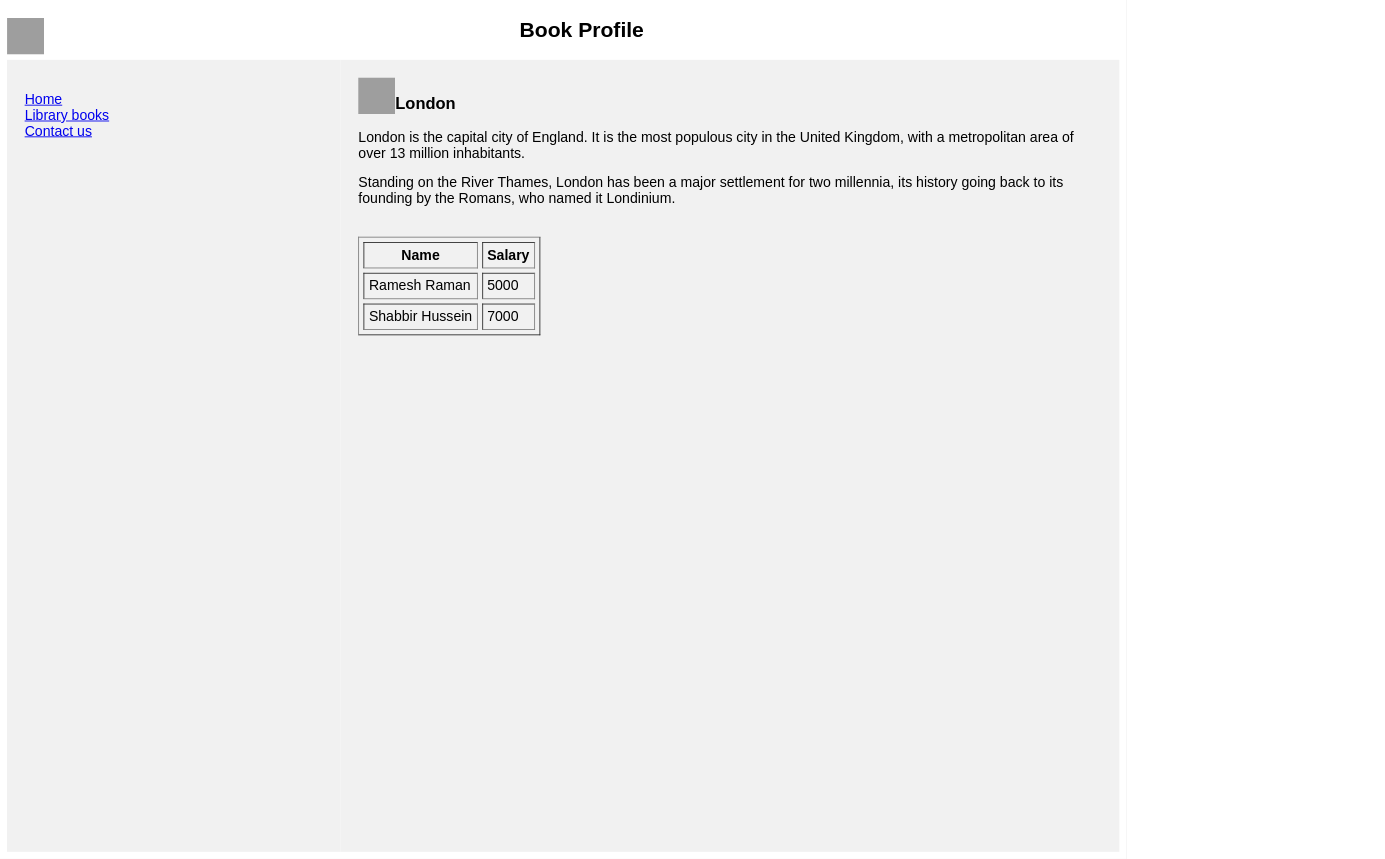
Repository: sandunigayanjali/Library_System
Page: http://localhost/library_management/bookProfille.jsp
These files come from the project's save history. The page is drawn as it stood at one moment and after the next save; the edit follows.
The browser window is 1280 px wide. The page is 1280 px wide, then 1574 px, so the pictures cover 1574 px, including what lies to the right of the window. The pictures show the whole page, at 88% of full size.
Pictures or frames that could not be fetched are drawn as grey boxes. The page is served by Tomcat 9.

Above is the page before, as saved 2018-11-24 12:25:35.

After the next save:
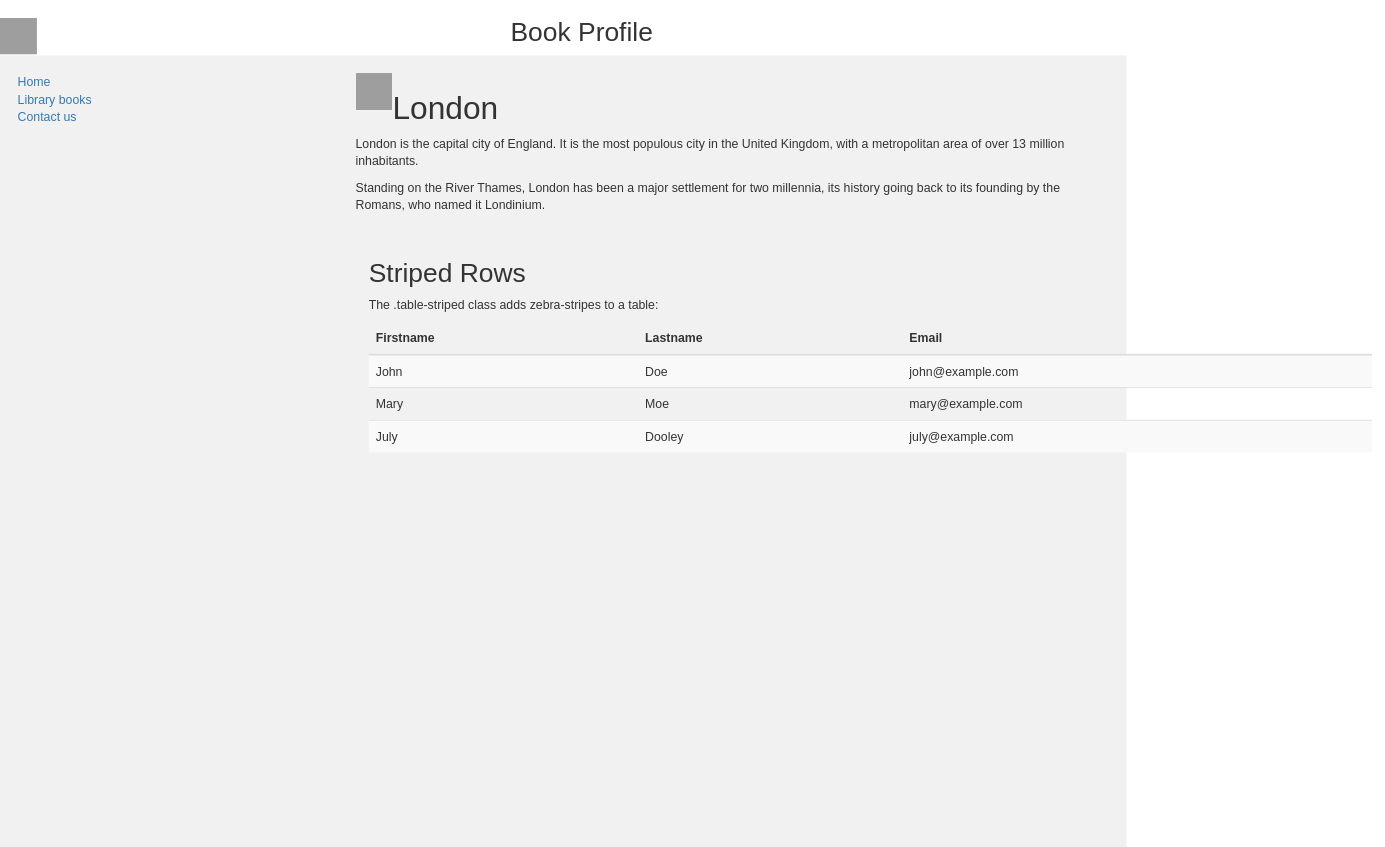
Saved 11 min 26 s later.
--- a/library management/WebContent/bookProfille.jsp
+++ b/library management/WebContent/bookProfille.jsp
@@ -6,6 +6,9 @@
 <meta http-equiv="Content-Type" content="text/html; charset=ISO-8859-1">
 <meta charset="utf-8">
 <meta name="viewport" content="width=device-width, initial-scale=1">
+<link rel="stylesheet" href="https://maxcdn.bootstrapcdn.com/bootstrap/3.3.7/css/bootstrap.min.css">
+  <script src="https://ajax.googleapis.com/ajax/libs/jquery/3.3.1/jquery.min.js"></script>
+  <script src="https://maxcdn.bootstrapcdn.com/bootstrap/3.3.7/js/bootstrap.min.js"></script>
 <title>Insert title here</title>
 
 <style>
@@ -93,20 +96,36 @@ align:center;
     <p>London is the capital city of England. It is the most populous city in the  United Kingdom, with a metropolitan area of over 13 million inhabitants.</p>
     <p>Standing on the River Thames, London has been a major settlement for two millennia, its history going back to its founding by the Romans, who named it Londinium.</p>
     <br>
-     <table border = "1" cellpadding = "5" cellspacing = "5">
-         <tr>
-            <th>Name</th>
-            <th>Salary</th>
-         </tr>
-         <tr>
-            <td>Ramesh Raman</td>
-            <td>5000</td>
-         </tr>
-         <tr>
-            <td>Shabbir Hussein</td>
-            <td>7000</td>
-         </tr>
-      </table>
+    <div class="container">
+  <h2>Striped Rows</h2>
+  <p>The .table-striped class adds zebra-stripes to a table:</p>
+  <table class="table table-striped">
+    <thead>
+      <tr>
+        <th>Firstname</th>
+        <th>Lastname</th>
+        <th>Email</th>
+      </tr>
+    </thead>
+    <tbody>
+      <tr>
+        <td>John</td>
+        <td>Doe</td>
+        <td>john@example.com</td>
+      </tr>
+      <tr>
+        <td>Mary</td>
+        <td>Moe</td>
+        <td>mary@example.com</td>
+      </tr>
+      <tr>
+        <td>July</td>
+        <td>Dooley</td>
+        <td>july@example.com</td>
+      </tr>
+    </tbody>
+  </table>
+</div>
 
 
   </article>
